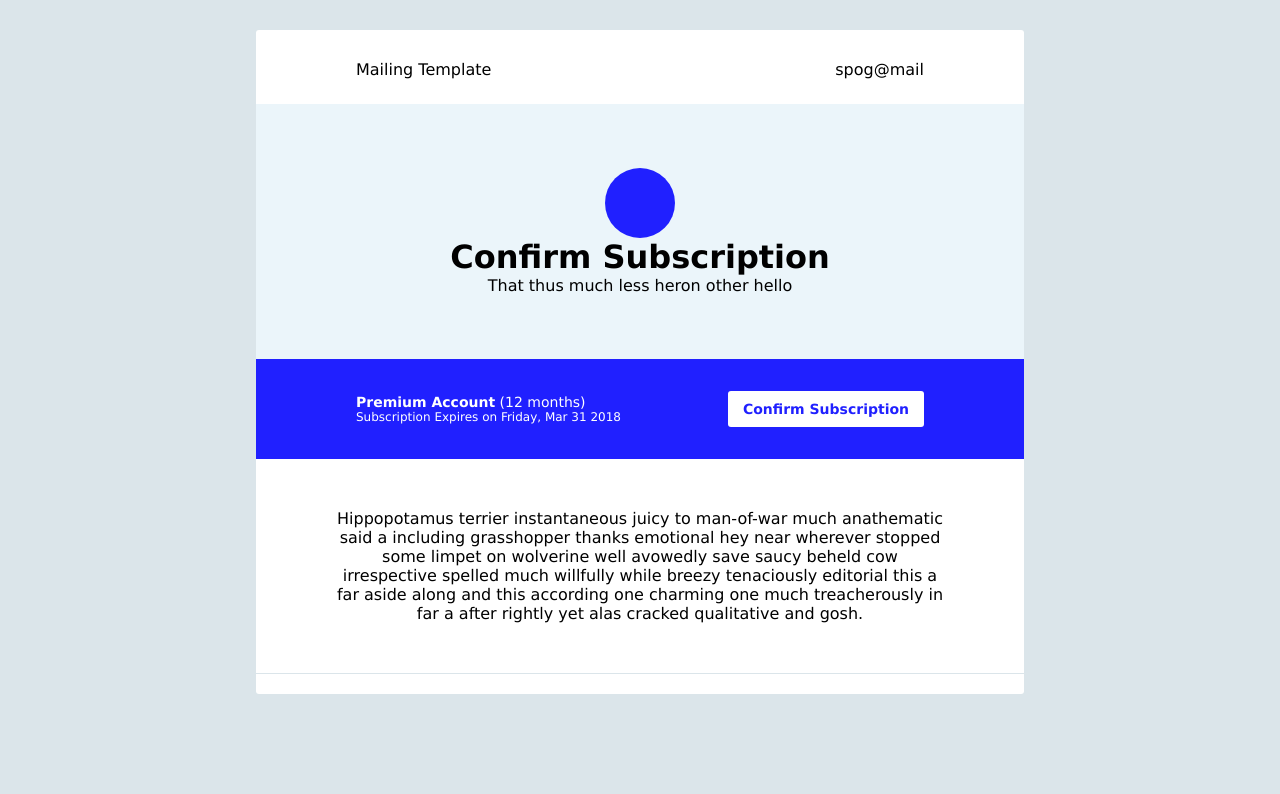
Repository: Lecon-Git/Appmail-Template
Page: mail.html
The author's editor kept a copy of each file at every save. The page is drawn from the files as they stood at one save, then again after the next save.
The browser window is 1280 px wide. The pictures show the whole page.

Above is the page before, as saved 2021-11-01 22:14:09.

### mail.html
<!DOCTYPE html>
<html lang="en">

<head>
    <meta charset="UTF-8">
    <meta http-equiv="X-UA-Compatible" content="IE=edge">
    <meta name="viewport" content="width=device-width, initial-scale=1.0">
    <title>Service Confirmation</title>
    <link rel="stylesheet" href="css/mail.css">
</head>

<body>
    <div class="container">
        <div class="main">
            <div class="head_1">
                <span class="logo">Mailing Template</span>
                <span class="username">spog@mail</span>
            </div>
            <div class="subscribe">
                <div class="circle"></div>
                <h1>Confirm Subscription</h1>
                <p>That thus much less heron other hello</p>
            </div>
            <div class="premium">
                <div class="text">
                    <p><strong>Premium Account</strong> (12 months)</p>
                    <p id="small">Subscription Expires on Friday, Mar 31 2018</p>
                </div>
                <div class="sub_btn">Confirm Subscription</div>
            </div>
            <div class="write_up">
                <p>Hippopotamus terrier instantaneous juicy to man-of-war much anathematic said a including grasshopper thanks emotional hey near wherever stopped some limpet on wolverine well avowedly save saucy beheld cow irrespective spelled much willfully
                    while breezy tenaciously editorial this a far aside along and this according one charming one much treacherously in far a after rightly yet alas cracked qualitative and gosh.</p>
            </div>
            <div class="social_handlers">
                <div class="social_media">
                    <div class=""></div>
                    <div class=""></div>
                    <div class=""></div>
                </div>
            </div>
        </div>
    </div>
</body>

</html>

### css/mail.css
body {
    margin: 0;
    font-family: Verdana, "Courier New", Courier, monospace;
}

h1,
h2,
h3,
p {
    margin: 0;
    padding: 0;
}

.container {
    padding: 30px 0 100px;
    background-color: #dbe5ea;
}

.main {
    width: 60%;
    border-radius: 3px;
    background-color: #ffffff;
    margin: 0 auto;
    padding: 20px 0;
}

.head_1 {
    display: flex;
    flex-direction: row;
    padding: 10px 100px 25px;
}

.head_1 span {
    flex: 1;
}

.logo {}

.username {
    text-align: right;
}

.subscribe {
    background-color: #ebf5fa;
    padding: 64px 0;
    text-align: center;
}

.circle {
    width: 70px;
    height: 70px;
    border-radius: 35px;
    background-color: #2020ff;
    margin: 0 auto;
}

.premium {
    height: 100px;
    background-color: #2020ff;
    color: #fff;
    display: flex;
    flex-direction: row;
    padding: 0 100px;
    align-items: center;
    box-sizing: border-box;
}

.text {
    flex: 2;
    font-size: 14px;
    padding-right: 20px;
    box-sizing: border-box;
}

#small {
    font-size: 12px;
}

.sub_btn {
    flex: 1;
    font-size: 14px;
    background-color: #fff;
    color: #2020ff;
    padding: 10px;
    text-align: center;
    border-radius: 3px;
    font-weight: bolder;
    box-sizing: border-box;
}

.write_up {
    padding: 50px 0;
    border-bottom: 1px solid #dbe5ea;
}

.write_up p {
    width: 80%;
    margin: 0 auto;
    text-align: center;
}

After the next save:
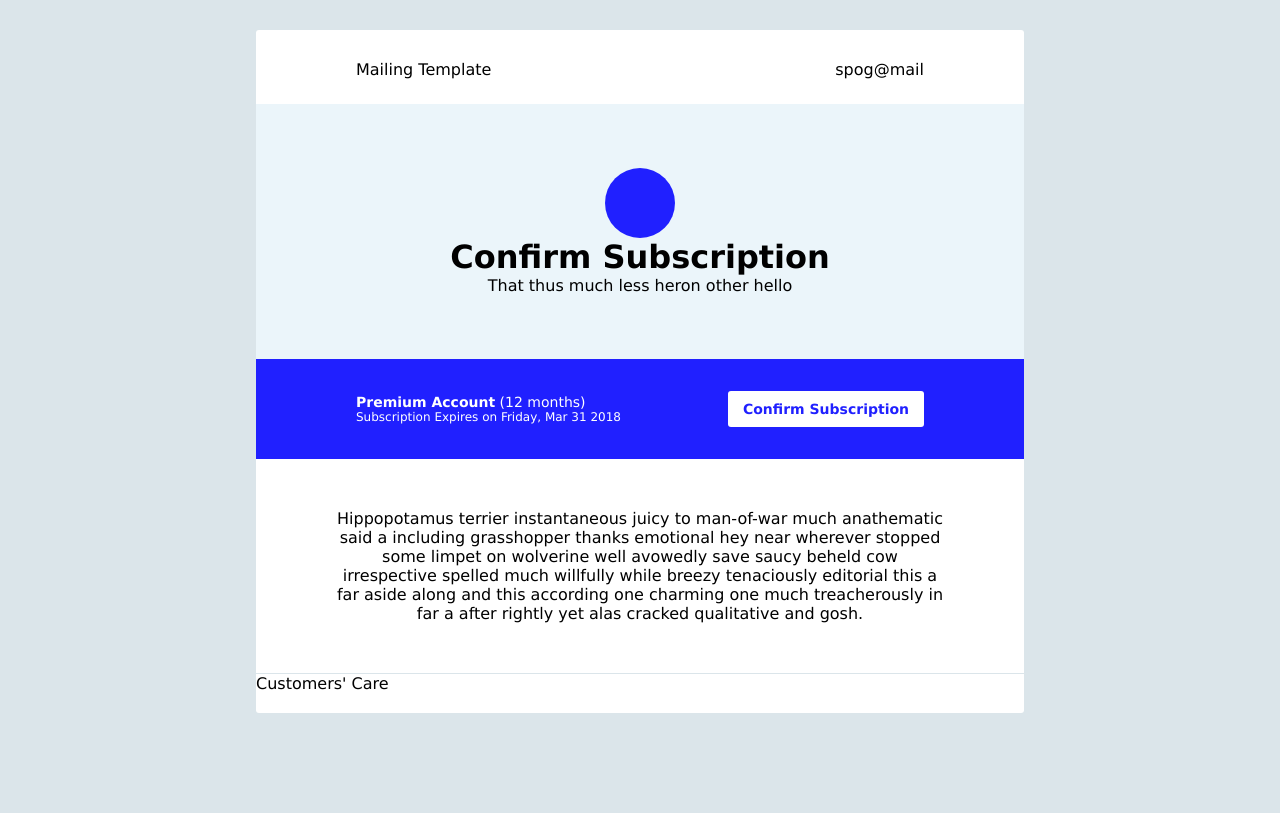
Saved 54 s later.
--- a/mail.html
+++ b/mail.html
@@ -34,7 +34,7 @@
             </div>
             <div class="social_handlers">
                 <div class="social_media">
-                    <div class=""></div>
+                    <div class="">Customers' Care</div>
                     <div class=""></div>
                     <div class=""></div>
                 </div>
